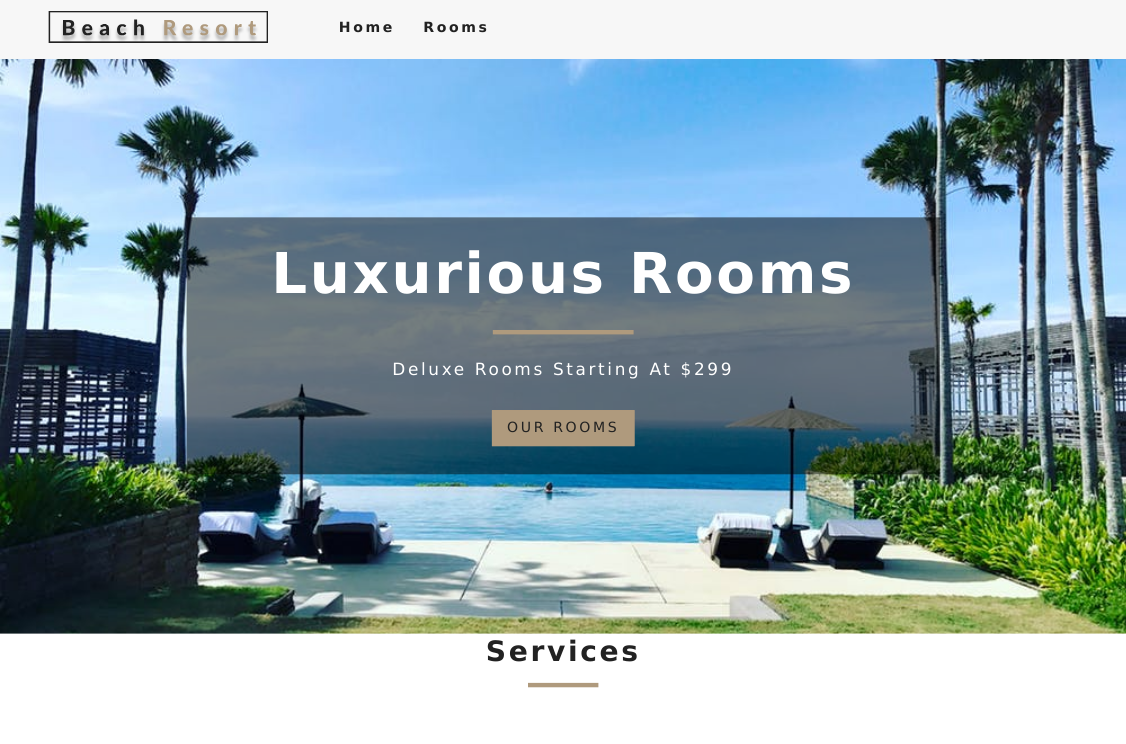
Repository: thanhn379/react-beach-resort
Page: /
An editor plug-in stored every save of this project. The page is shown before and after the next save, followed by the edit.
The browser window is 1280 px wide. The pictures show the whole page, at 88% of full size.
The project was rebuilt for these pictures with package versions that can differ from the ones it lists, and the page was loaded fresh each time. Also part of the build but not shown: src/pages/Rooms.js, src/pages/SingleRoom.js, src/pages/Error.js.

Above is the page before, as saved 2019-11-14 01:48:31.

After the next save:
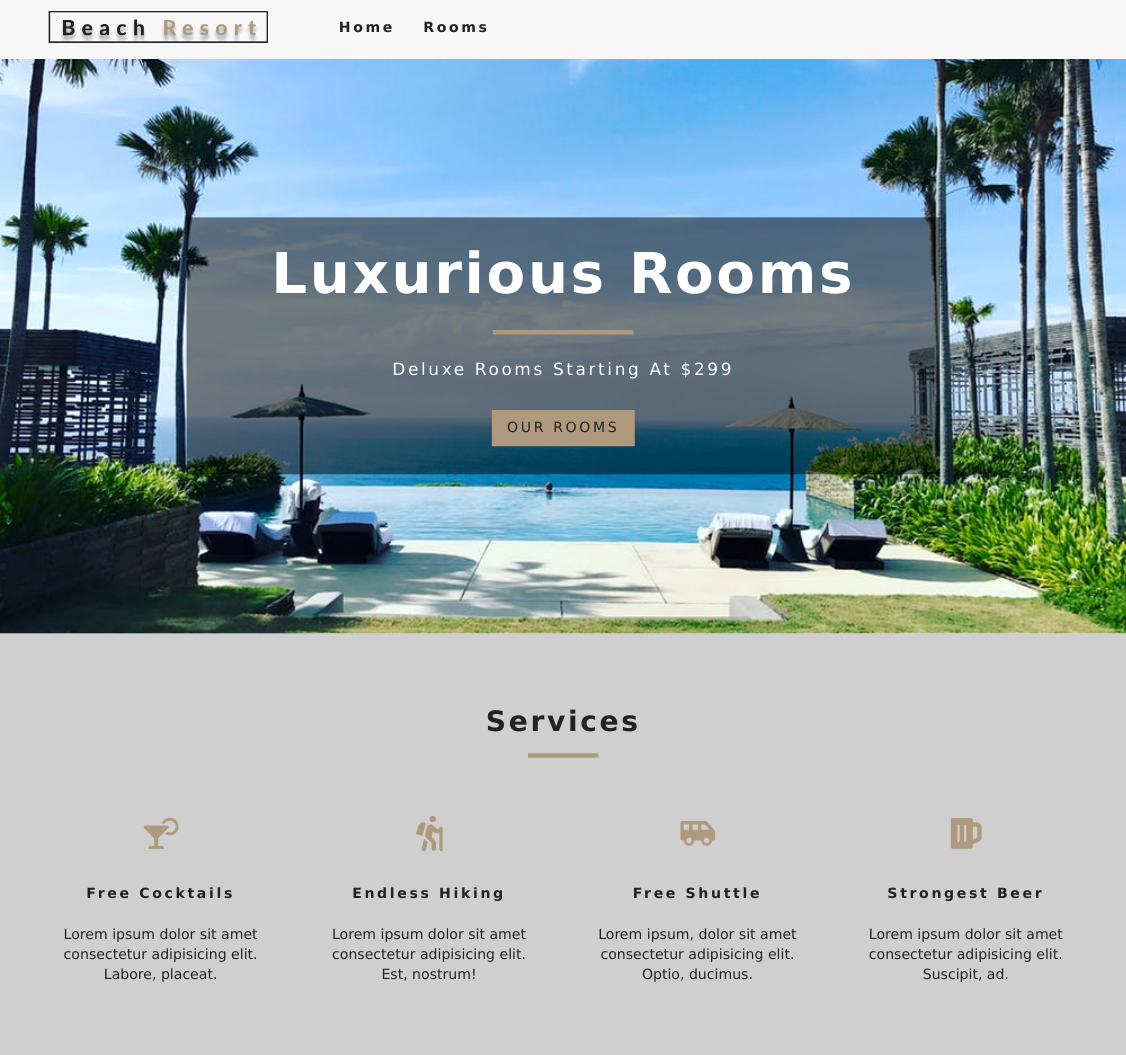
Saved 11 min 46 s later.
--- a/src/components/Services.js
+++ b/src/components/Services.js
@@ -7,25 +7,25 @@ export default class Services extends Component {
     services: [
       {
         icon: <FaCocktail />,
-        title: "free cocktails",
+        title: "Free Cocktails",
         info:
           "Lorem ipsum dolor sit amet consectetur adipisicing elit. Labore, placeat."
       },
       {
         icon: <FaHiking />,
-        title: "endless hiking",
+        title: "Endless Hiking",
         info:
           "Lorem ipsum dolor sit amet consectetur adipisicing elit. Est, nostrum!"
       },
       {
         icon: <FaShuttleVan />,
-        title: "free shuttle",
+        title: "Free Shuttle",
         info:
           "Lorem ipsum, dolor sit amet consectetur adipisicing elit. Optio, ducimus."
       },
       {
         icon: <FaBeer />,
-        title: "strongest beer",
+        title: "Strongest Beer",
         info:
           "Lorem ipsum dolor sit amet consectetur adipisicing elit. Suscipit, ad."
       }
@@ -34,11 +34,21 @@ export default class Services extends Component {
 
   render() {
     return (
-      <div>
+      <section className="services">
         <Title title="services" />
 
-        <div />
-      </div>
+        <div className="services-center">
+          {this.state.services.map((item, index) => {
+            return (
+              <article key={index} className="service">
+                <span>{item.icon}</span>
+                <h6>{item.title}</h6>
+                <p>{item.info}</p>
+              </article>
+            );
+          })}
+        </div>
+      </section>
     );
   }
 }
